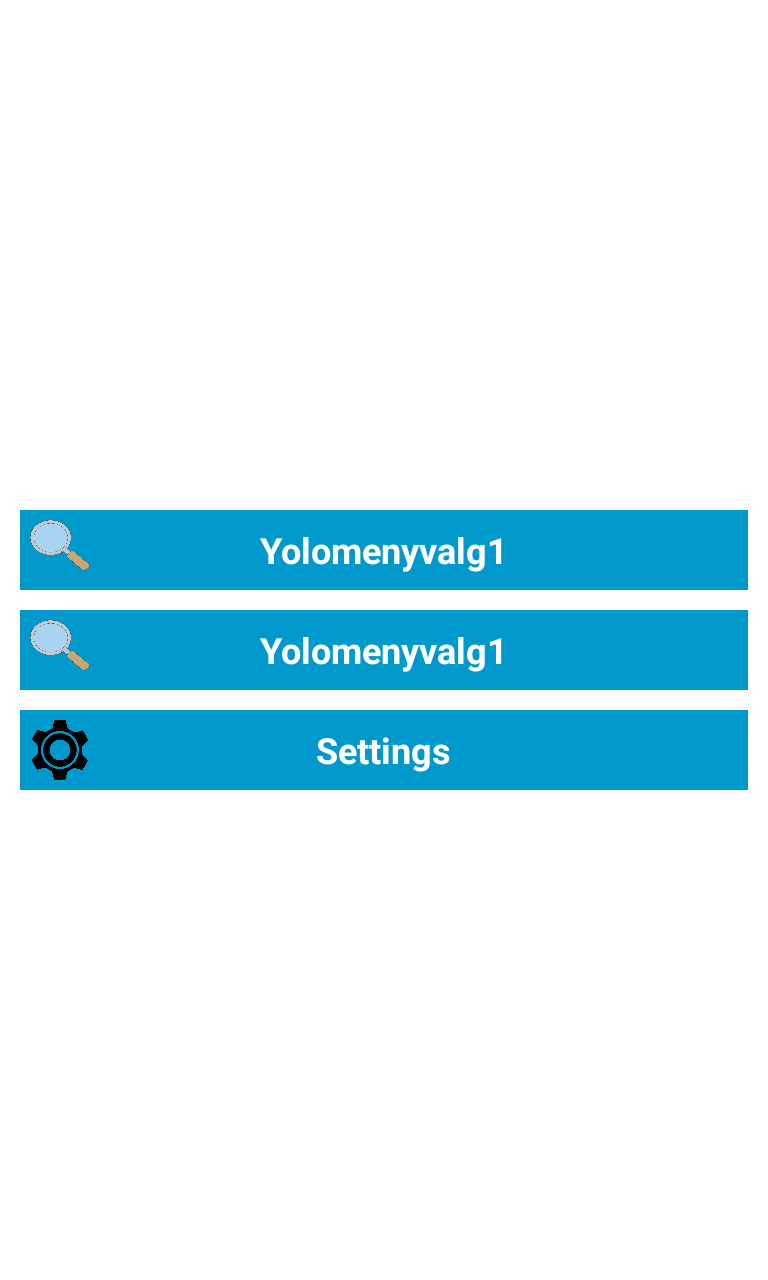
Repository: pumalove/workspace
Layout: MainActivity/res/layout/gridview.xml
The author's editor kept a copy of each file at every save. The layout is drawn from the files as they stood at one save, then again after the next save.
It is drawn on a 768 x 1280 px phone screen (xhdpi) without system bars, with theme AppTheme; the app's code is not run. Lists and similar views that code fills are empty.

Above is the layout before, as saved 2014-03-18 13:02:03.

### MainActivity/res/layout/gridview.xml
<?xml version="1.0" encoding="utf-8"?>
<LinearLayout xmlns:android="http://schemas.android.com/apk/res/android"
    android:layout_width="match_parent"
    android:layout_height="wrap_content"
    android:orientation="vertical"
    android:padding="10dp"
    android:background="333333"
    >

    <LinearLayout
        android:layout_marginBottom="20dp"
        android:layout_width="fill_parent"
        android:layout_height="wrap_content">

        <GridView
            android:id="@+id/gridview"
            android:layout_width="fill_parent"
            android:layout_height="225dp"
            android:columnWidth="90dp"
            android:numColumns="auto_fit"
            android:verticalSpacing="5dp"
            android:horizontalSpacing="5dp"
            android:stretchMode="columnWidth"
            android:gravity="center"
            />
	</LinearLayout>


    <LinearLayout
        android:id="@+id/linearlayout2"
        android:layout_width="fill_parent"
        android:layout_height="wrap_content"
        android:layout_gravity="center"
        android:orientation="vertical"
        android:layout_below="@id/gridview">

        <LinearLayout
            android:id="@+id/customButton1"
            android:layout_width="fill_parent"
            android:layout_height="wrap_content"
            android:layout_marginBottom="10dp"
            android:orientation="horizontal"
            android:clickable="true"
            android:focusable="true"
            android:background="@drawable/custom_buttons"
            >

            <ImageView
                android:id="@+id/imageView1"
                android:layout_width="40dp"
                android:layout_height="40dp"
                android:scaleType="centerCrop"
                android:src="@drawable/sample_0"
                android:padding="5dp" />

			<LinearLayout
			    android:layout_width="fill_parent"
            	android:layout_height="wrap_content"
            	android:gravity="center"
            	android:layout_gravity="center" >
            	<TextView
                	android:layout_width="wrap_content"
                	android:layout_height="wrap_content"
                	android:layout_gravity="center"
                	android:text="Yolomenyvalg1"
                	android:textColor="#FFFFFF"
                	android:textSize="18dp"
                	android:layout_marginRight="40dp"
                	android:textStyle="bold"/>
			</LinearLayout>
		</LinearLayout>


        <LinearLayout
            android:id="@+id/customButton2"
            android:layout_width="fill_parent"
            android:layout_height="wrap_content"
            android:layout_marginBottom="10dp"
            android:orientation="horizontal"
            android:gravity="center"
            android:clickable="true"
            android:focusable="true"
            android:background="@drawable/custom_buttons"
            >

            <ImageView
                android:id="@+id/imageView2"
                android:layout_width="40dp"
                android:layout_height="40dp"
                android:scaleType="centerCrop"
                android:src="@drawable/sample_0"
                android:padding="5dp" />

           <LinearLayout
			    android:layout_width="fill_parent"
            	android:layout_height="wrap_content"
            	android:gravity="center"
            	android:layout_gravity="center" >
            	<TextView
                	android:layout_width="wrap_content"
                	android:layout_height="wrap_content"
                	android:layout_gravity="center"
                	android:text="Yolomenyvalg1"
                	android:textColor="#FFFFFF"
                	android:textSize="18dp"
                	android:layout_marginRight="40dp"
                	android:textStyle="bold"/>
			</LinearLayout>

        </LinearLayout>

        <LinearLayout
            android:id="@+id/customButton3"
            android:layout_width="fill_parent"
            android:layout_height="wrap_content"
            android:layout_marginBottom="10dp"
            android:orientation="horizontal"
            android:gravity="center"
            android:clickable="true"
            android:focusable="true"
            android:background="@drawable/custom_buttons"
            >

            <ImageView
                android:id="@+id/imageView3"
                android:layout_width="40dp"
                android:layout_height="40dp"
                android:scaleType="centerCrop"
                android:src="@drawable/settings"
                android:padding="5dp" />

            <LinearLayout
			    android:layout_width="fill_parent"
            	android:layout_height="wrap_content"
            	android:gravity="center"
            	android:layout_gravity="center" >
            	<TextView
                	android:layout_width="wrap_content"
                	android:layout_height="wrap_content"
                	android:layout_gravity="center"
                	android:text="@string/action_settings"
                	android:textColor="#FFFFFF"
                	android:textSize="18dp"
                	android:layout_marginRight="40dp"
                	android:textStyle="bold"/>
			</LinearLayout>

        </LinearLayout>
    </LinearLayout>



</LinearLayout>

### MainActivity/res/values/styles.xml
<resources xmlns:android="http://schemas.android.com/apk/res/android">

    <!--
        Base application theme, dependent on API level. This theme is replaced
        by AppBaseTheme from res/values-vXX/styles.xml on newer devices.
    -->
    <style name="AppBaseTheme" parent="android:Theme.Light">
        <!--
            Theme customizations available in newer API levels can go in
            res/values-vXX/styles.xml, while customizations related to
            backward-compatibility can go here.
        -->
    </style>

    <!-- Application theme. -->
    <style name="AppTheme" parent="AppBaseTheme">
        <!-- All customizations that are NOT specific to a particular API-level can go here. -->
    </style>

</resources>

### MainActivity/res/values-v11/styles.xml
<resources>

    <!--
        Base application theme for API 11+. This theme completely replaces
        AppBaseTheme from res/values/styles.xml on API 11+ devices.
    -->
    <style name="AppBaseTheme" parent="android:Theme.Holo.Light">
        <!-- API 11 theme customizations can go here. -->
    </style>

</resources>

### MainActivity/res/drawable/custom_buttons.xml
<?xml version="1.0" encoding="utf-8"?>
<selector xmlns:android="http://schemas.android.com/apk/res/android">

  <item android:state_pressed="true" >
    <shape>
      <solid android:color="#FF0000" />
    </shape>
  </item>

  <item android:state_focused="true" >
    <shape>
      <solid android:color="#DDDDDD" />
    </shape>
  </item>

  <item>
    <shape>
      <solid android:color="@android:color/holo_blue_dark" />
    </shape>
  </item>

</selector>

### MainActivity/res/values/strings.xml
<?xml version="1.0" encoding="utf-8"?>
<resources>

    <string name="app_name">intelligenceTest</string>
    <string name="action_settings">Settings</string>
    <string name="title_section1">Section 1</string>
    <string name="title_section2">Section 2</string>
    <string name="title_section3">Section 3</string>
    <string name="scan_only_qr_codes">Scan Only QR Codes</string>
    <string name="scan">Scan</string>

</resources>

After the next save:
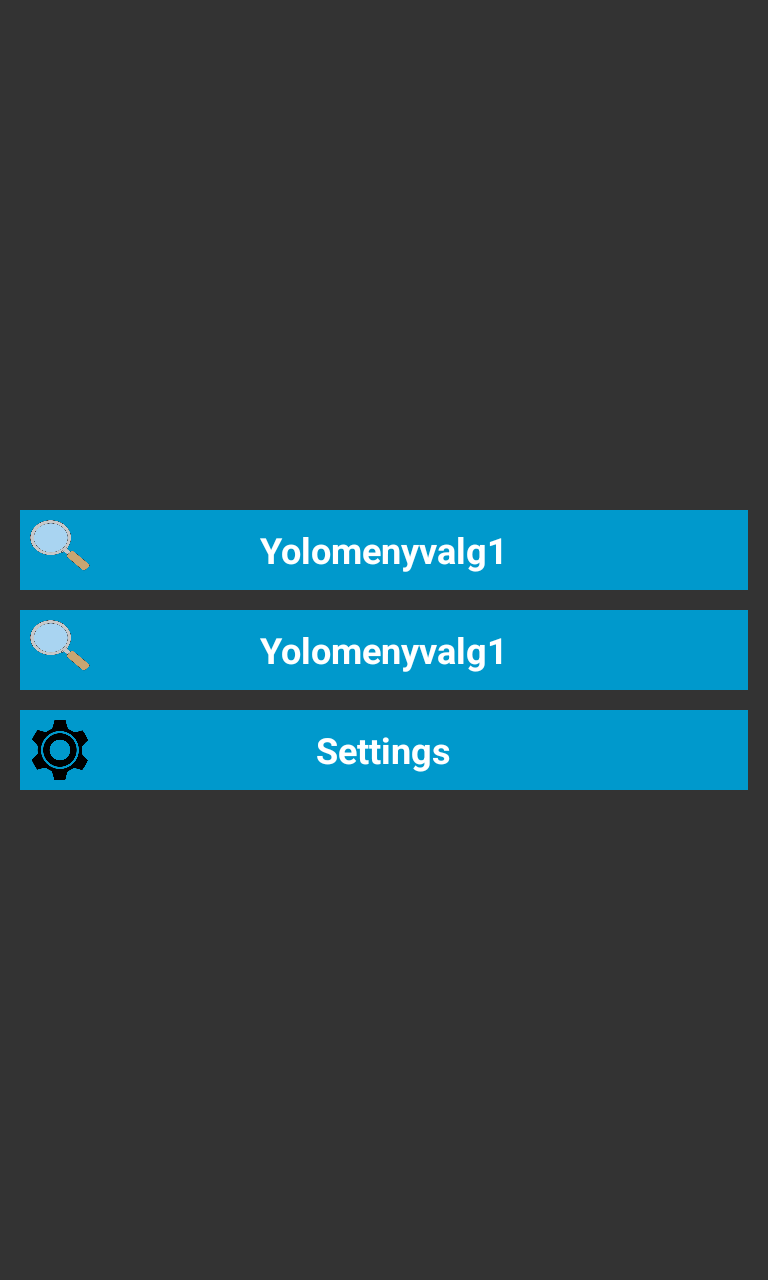
Saved 5 s later.
--- a/MainActivity/res/layout/gridview.xml
+++ b/MainActivity/res/layout/gridview.xml
@@ -4,7 +4,7 @@
     android:layout_height="wrap_content"
     android:orientation="vertical"
     android:padding="10dp"
-    android:background="333333"
+    android:background="#333333"
     >
 
     <LinearLayout
